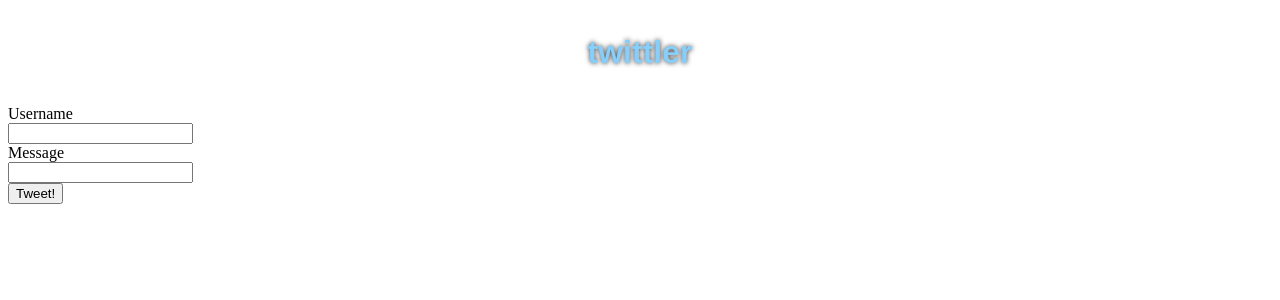
Repository: rlatlswo135/my_workstation
Page: im-sprint-twittler-master/index.html
An editor plug-in stored every save of this project. The page is shown before and after the next save, followed by the edit.
The browser window is 1280 px wide. The pictures show the whole page.

Above is the page before, as saved 2021-05-27 14:38:36.
Console error: TypeError: Cannot set properties of null (setting 'innerHTML')

After the next save:
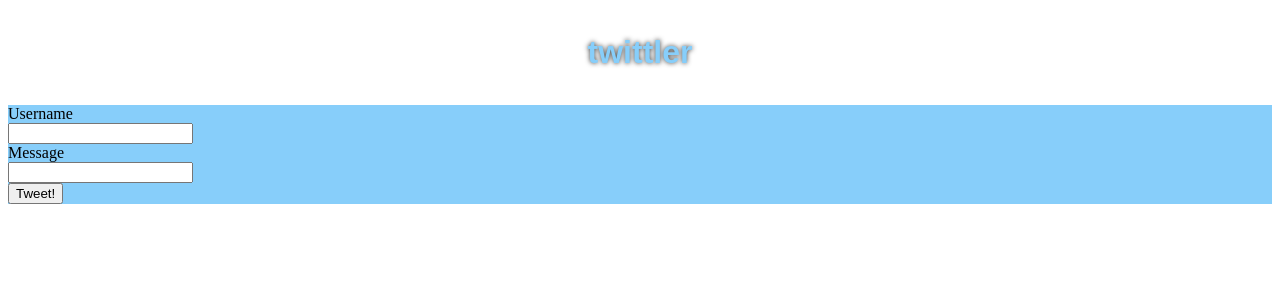
Saved 12 s later.
--- a/im-sprint-twittler-master/main.css
+++ b/im-sprint-twittler-master/main.css
@@ -11,4 +11,5 @@
 }
 
 .loginBox {
+  background-color: lightskyblue;
 }
